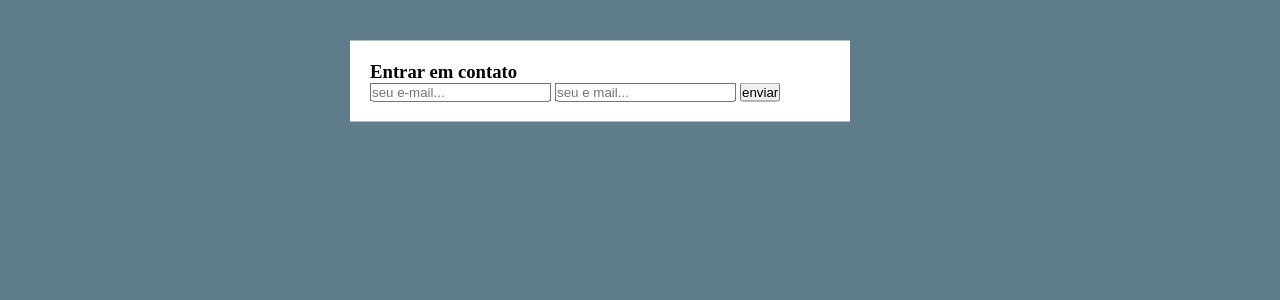
Repository: josceno/Sistema-para-controle-de-experimenta-o-animal
Page: index.html
These files come from the project's save history. The page is drawn as it stood at one moment and after the next save; the edit follows.
The browser window is 1280 px wide. The pictures show the whole page.

Above is the page before, as saved 2021-09-13 15:21:17.

After the next save:
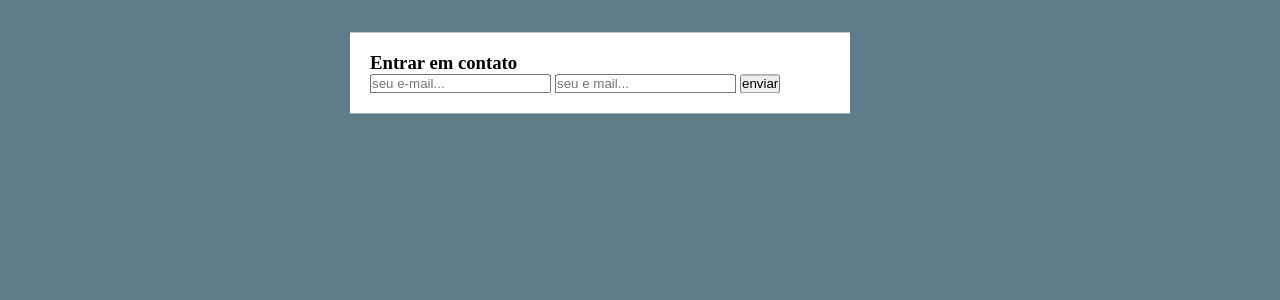
Saved 12 s later.
--- a/index.html
+++ b/index.html
@@ -19,7 +19,7 @@
             left: "50%";
             top: "50%";
 
-            transform: translate(70%,50%);
+            transform: translate(70%,40%);
         }
     </style>
 
